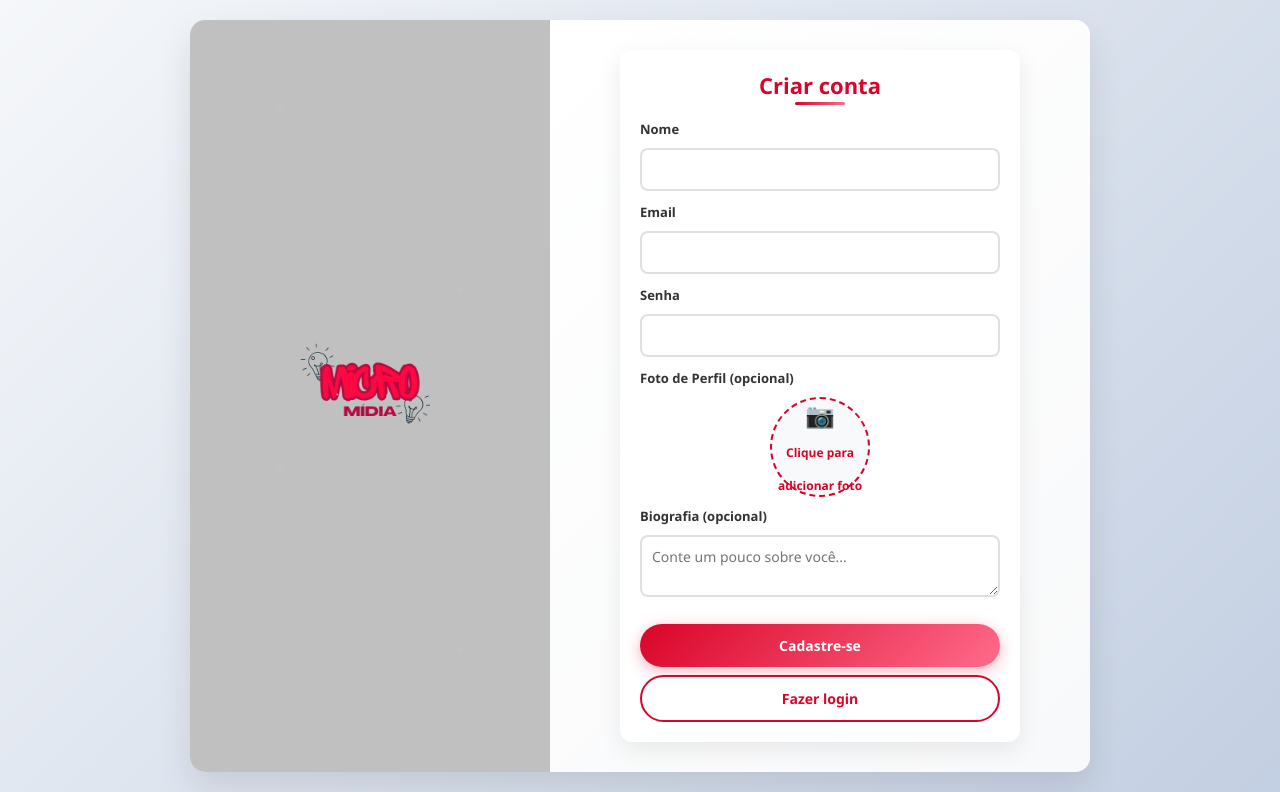
Repository: annaluizapm/MicroMidia
Page: front/HTML/cadastro.html
These files come from the project's save history. The page is drawn as it stood at one moment and after the next save; the edit follows.
The browser window is 1280 px wide. The pictures show the whole page.

Above is the page before, as saved 2025-09-09 16:47:28.

After the next save:
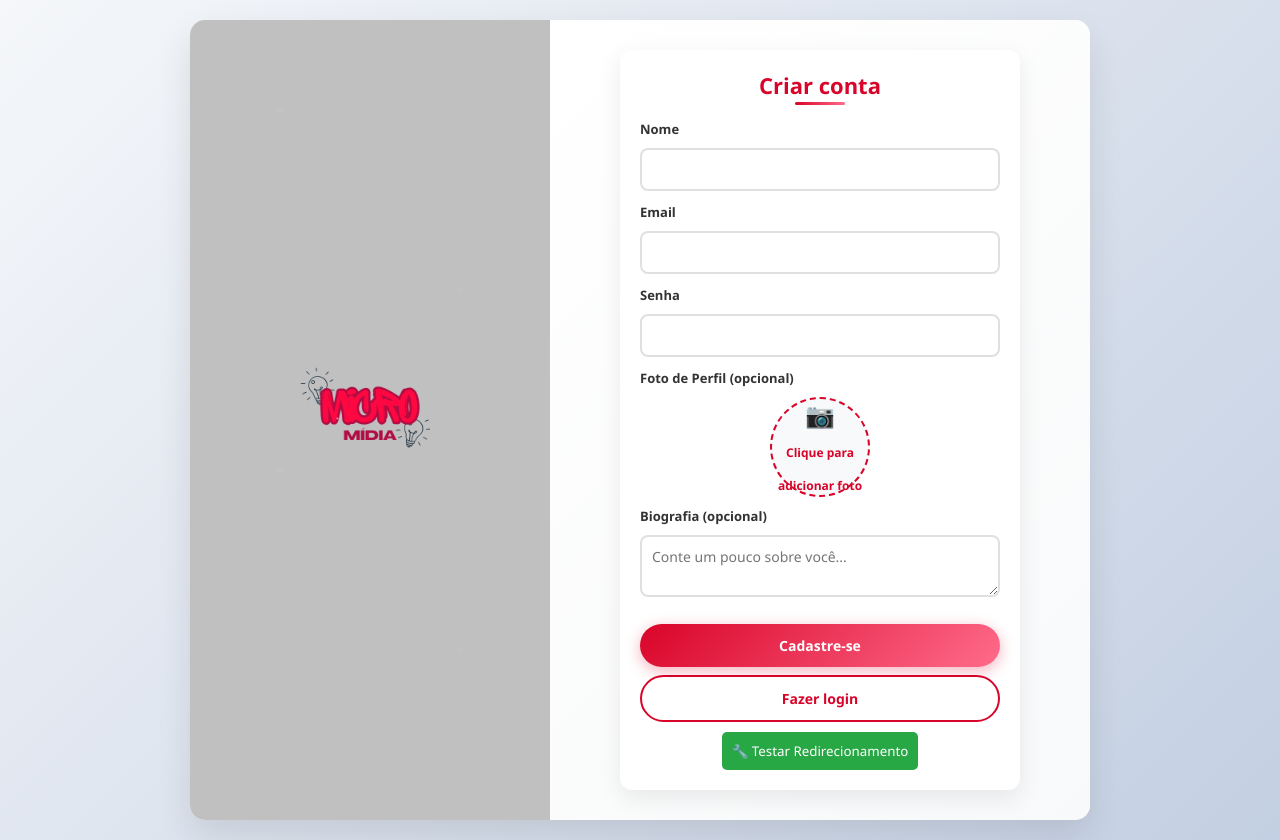
Saved 12 s later.
--- a/front/HTML/cadastro.html
+++ b/front/HTML/cadastro.html
@@ -39,6 +39,8 @@
 
                     <button type="submit" class="btn-primary">Cadastre-se</button>
                     <button type="button" class="btn-secondary" onclick="window.location.href='login.html'">Fazer login</button>
+                    <!-- Botão de teste para debug -->
+                    <button type="button" onclick="testarRedirecionamento()" style="background: #28a745; color: white; padding: 10px; margin-top: 10px; border: none; border-radius: 5px; cursor: pointer;">🔧 Testar Redirecionamento</button>
                 </form>
             </div>
         </div>
